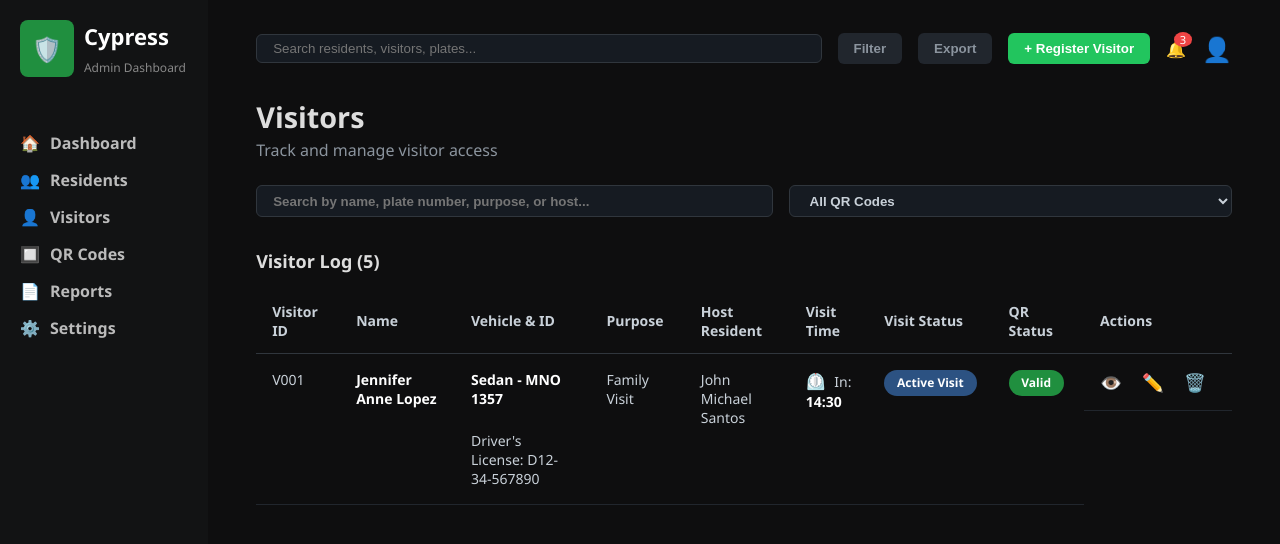
Repository: camuramon/my-project
Page: templates/admin/visitors.html
The author's editor kept a copy of each file at every save. The page is drawn from the files as they stood at one save, then again after the next save.
The browser window is 1280 px wide. The pictures show the whole page.
The template is drawn by Flask 3. The application's start-up code is not run. The template is opened directly, without the code that normally fills it, so the values that code supplies are empty.

Above is the page before, as saved 2025-08-31 05:10:15.

After the next save:
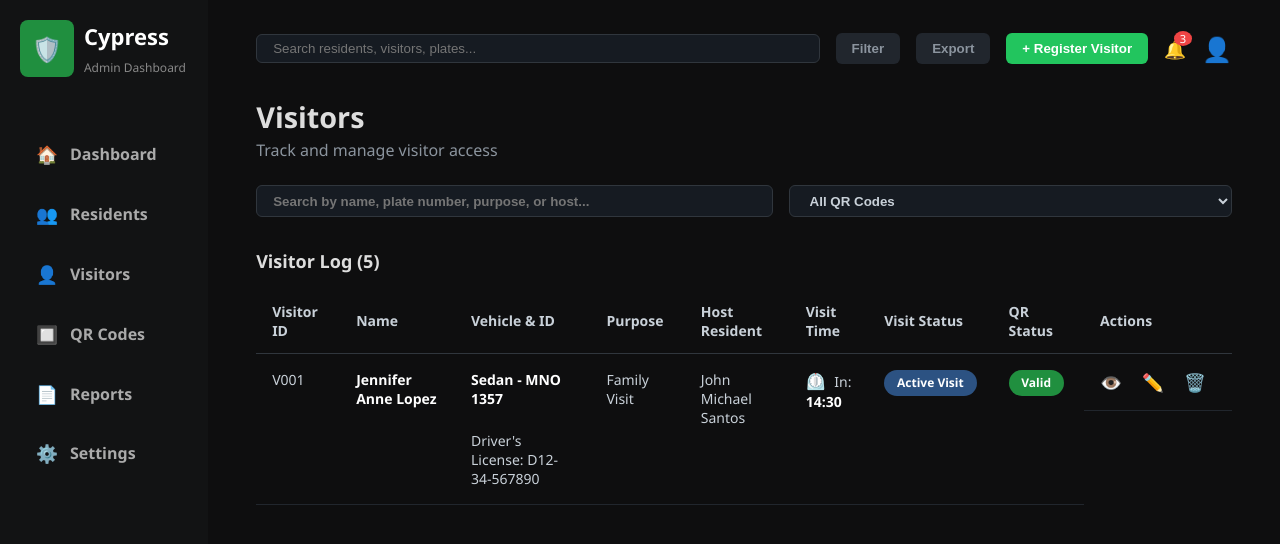
Saved 44 s later.
--- a/static/css/visitor.css
+++ b/static/css/visitor.css
@@ -13,70 +13,76 @@ body {
     min-height: 100vh;
 }
 
-/* ===========================
-   SIDEBAR
-=========================== */
-.sidebar {
-    width: 250px;
-    background-color: #121314;
-    height: 100vh;
-    padding: 20px;
-    display: flex;
-    flex-direction: column;
-}
-
-.logo {
-    display: flex;
-    align-items: center;
-    margin-bottom: 40px;
-}
-
-.logo .icon {
-    background-color: #208f3f;
-    padding: 12px;
-    border-radius: 8px;
-    font-size: 24px;
-    color: white;
-    margin-right: 10px;
-}
-
-.logo .title h2 {
-    font-weight: 700;
-    color: white;
-    margin-bottom: 4px;
-}
-
-.logo .title span {
-    font-size: 12px;
-    color: #888;
-}
-
+/* Sidebar */
 .sidebar-menu {
     list-style: none;
     padding: 0;
+    margin: 0;
 }
 
 .sidebar-menu li {
-    margin: 15px 0;
+    margin-bottom: 0.5rem;
 }
 
 .sidebar-menu li a {
+    display: flex;
+    align-items: center;
+    gap: 0.75rem;
     text-decoration: none;
-    color: #bbb;
-    font-weight: 600;
-    display: flex;
-    align-items: center;
-    gap: 10px;
-    font-size: 16px;
+    padding: 0.65rem 1rem;
+    border-radius: 8px;
+    color: #aaa;
+    font-weight: 600;
+    transition: background 0.3s, color 0.3s;
 }
 
 .sidebar-menu li a i {
-    font-size: 18px;
+    font-size: 1.2rem;
 }
 
 .sidebar-menu li.active a,
 .sidebar-menu li a:hover {
-    color: white;
+    background-color: #292929;
+    color: white;
+}
+
+
+.logo h1 {
+    color: #48bb78; /* Green */
+    margin-bottom: 0.2rem;
+}
+
+.logo p {
+    color: #8b949e;
+    font-size: 0.8rem;
+    margin-bottom: 2rem;
+}
+
+.navigation ul {
+    list-style: none;
+}
+
+.navigation li {
+    margin-bottom: 1.5rem;
+}
+
+.navigation a {
+    color: #8b949e;
+    text-decoration: none;
+    font-weight: 600;
+    font-size: 0.9rem;
+    display: flex;
+    align-items: center;
+    gap: 8px;
+}
+
+.navigation li.active a,
+.navigation a:hover {
+    color: #48bb78;
+}
+
+.icon {
+    font-size: 1.1rem;
 }
 
 /* Main content */
